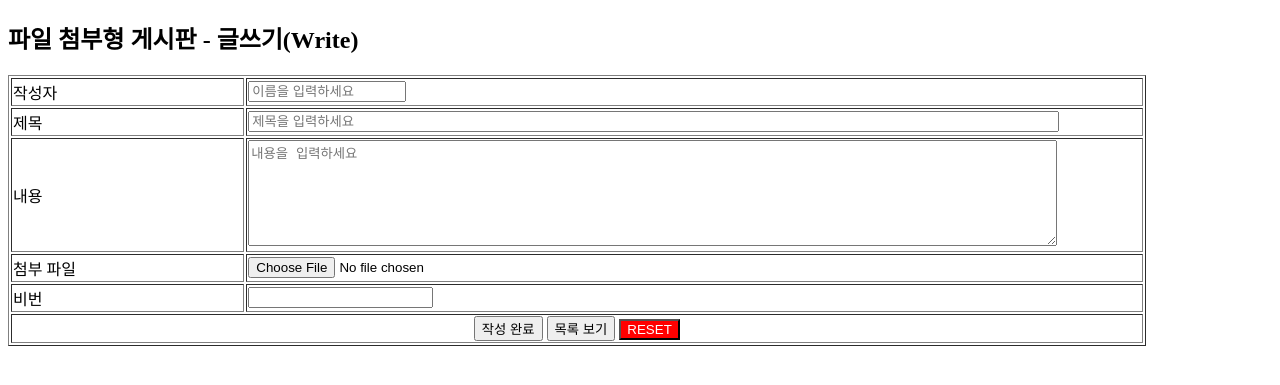
Repository: Jadedvst/Java_JSP-Servlet
Page: http://localhost/MustHaveJSP/mvcboard/edit.do
An editor plug-in stored every save of this project. The page is shown before and after the next save, followed by the edit.
The browser window is 1280 px wide. The pictures show the whole page.
The page is served by Tomcat 10. Other server files are loaded and not shown. Queries for data that is not in the repository find no rows.

Above is the page before, as saved 2023-12-27 05:42:57.

### MustHaveJSP/src/main/webapp/14MVCBoard/Edit.jsp
<%@ page language="java" contentType="text/html; charset=UTF-8"
    pageEncoding="UTF-8"%>
<%@ taglib prefix="c" uri="jakarta.tags.core"%>
<!DOCTYPE html>
<html>
<head>
<meta charset="UTF-8">

<script type="text/javascript">
	function validateForm(form){
		if(!form.name.value){
			alert("name please");
			form.name.focus();
			return false;
		}
		if(!form.title.value){
			alert("title please");
			form.title.focus();
			return false;
		}
		if(form.content.value==""){
			alert("content please");
			form.content.focus();
			return false;
		}
		if(form.pass.value==""){
			alert("password please");
			form.pass.focus();
			return false;
		}
	}
</script>

<title>파일 첨부형 게시판</title>
</head>
<body>
<h2>파일 첨부형 게시판 - 글쓰기(Write)</h2>
<form action="./mvcboard/write.do" method="post" name="writeFrm" enctype="multipart/form-data"
			onsubmit="return validateForm(this);"> <!-- false일시 출력 안됨 -->
	<table border="1" width="90%">
		<tr>
			<td>작성자</td>
			<td><input type="text" id="name" name="name" placeholder="이름을 입력하세요" style="width:150px;"/></td>
		</tr>
		<tr>
			<td>제목</td>
			<td><input type="text" id="title" name="title" placeholder="제목을 입력하세요" style="width:90%;"/></td>
		</tr>
		<tr>
			<td>내용</td>
			<td><textarea id="content" name="content" placeholder="내용을 입력하세요" style="width:90%;height:100px;"></textarea></td>
		</tr>
		<tr>
			<td>첨부 파일</td>
			<td><input type="file" id="ofile" name="ofile"/></td>
		</tr>
		<tr>
			<td>비번</td>
			<td><input type="password" id="pass" name="pass"/></td>
		</tr>
		<tr>
			<td colspan="2" align="center">
				<button type="submit">작성 완료</button>
				<button type="submit" onclick="location.href='../mvcboard/list.do';">목록 보기</button>
				<button type="reset" style="background-color:red;color:white;">RESET</button>
			</td>
		</tr>
	</table>
</form>
</body>
</html>

### MustHaveJSP/src/main/java/model2/mvcboard/EditController.java
package model2.mvcboard;

import java.io.IOException;

import fileupload.FileUtil;
import jakarta.servlet.ServletException;
import jakarta.servlet.annotation.MultipartConfig;
import jakarta.servlet.annotation.WebServlet;
import jakarta.servlet.http.HttpServlet;
import jakarta.servlet.http.HttpServletRequest;
import jakarta.servlet.http.HttpServletResponse;
import jakarta.servlet.http.HttpSession;
import utils.JSFunction;

@WebServlet("/mvcboard/edit.do")
@MultipartConfig(
		maxFileSize = 1024 * 1024 * 1,
		maxRequestSize = 1024 * 1024 * 10
)
public class EditController extends HttpServlet {
	private static final long serialVersionUID = 1L;

	@Override
	protected void doGet(HttpServletRequest req, HttpServletResponse resp) throws ServletException, IOException {
		int idx = 0;
		String sidx = req.getParameter("idx");
		if(sidx!=null) idx = Integer.parseInt(sidx);
		MVCBoardDAO dao = new MVCBoardDAO();
		MVCBoardDTO dto = dao.selectView(idx);
		req.setAttribute("dto", dto);
		req.getRequestDispatcher("/14MVCBoard/Edit.jsp").forward(req, resp);
	}

	@Override
	protected void doPost(HttpServletRequest req, HttpServletResponse resp) throws ServletException, IOException {
		//1. File Upload ============
		// Check physical Upload Directory
		String saveDirectory = req.getServletContext().getRealPath("/Uploads");

		//File Upload
		String originalFileName = "";
		try {
			originalFileName = FileUtil.uploadFile(req, saveDirectory);
		}catch(Exception e) {
			JSFunction.alertBack(resp,"File Upload Error");
		}

		//2. Other  =================
		// Get Edited from Parameter
		int idx = 0;
		String sidx = req.getParameter("idx");
		if(sidx!=null) idx = Integer.parseInt(sidx);
		String prevOfile = req.getParameter("prevOfile");
		String prevSfile = req.getParameter("prevSfile");

//		String name = req.getParameter("name");
//		String title = req.getParameter("title");
//		String content = req.getParameter("content");
//
		// Get pwd from Session
		HttpSession session = req.getSession();
		String pass = (String)session.getAttribute("pass");

		// Save to DTO
		MVCBoardDTO dto = new MVCBoardDTO();
		dto.setIdx(idx);
		dto.setName(req.getParameter("name"));
		dto.setTitle(req.getParameter("title"));
		dto.setContent(req.getParameter("content"));
		dto.setPass(pass);

		// Set OriginalFileName and SavedFileName
		if(originalFileName!="") {
			//change if attached file exists
			String savedFileName = FileUtil.renameFile(saveDirectory, originalFileName);
			dto.setOfile(originalFileName);
			dto.setSfile(savedFileName);

			//Delete Original
			FileUtil.deleteFile(req, "/Uploads", prevSfile);
		}
		else {
			//Remain if no attached file
			dto.setOfile(prevOfile);
			dto.setSfile(prevSfile);
		}

		//Update edited content on DB by DAO
		MVCBoardDAO dao = new MVCBoardDAO();
		int result = dao.updatePost(dto);
		dao.close();

		if(result==1) {
			session.removeAttribute("pass");
			resp.sendRedirect("../mvcboard/view.do?idx="+sidx);
		}else {
			JSFunction.alertLocation(resp, "Wrong Password", "../mvcboard/view.do?idx="+sidx);
		}
	}
}

### MustHaveJSP/src/main/java/model2/mvcboard/MVCBoardDAO.java
package model2.mvcboard;
import java.sql.PreparedStatement;
import java.sql.ResultSet;
import java.sql.Statement;
import java.util.List;
import java.util.Map;
import java.util.Vector;

import common.JDBConnect;
import jakarta.servlet.ServletContext;




public class MVCBoardDAO extends JDBConnect {

	public MVCBoardDAO(String drv,String url, String id,String pw) {
		super(drv,url,id,pw);
	}

	public MVCBoardDAO(ServletContext application) {
		super(application);
	}

	public MVCBoardDAO() {
		super();
	}

	//검색 조건에 맞는 게시물의 갯수 반환
	public int selectCount(Map<String,Object> map) {
		int totalCnt =0; //게시물 수

		Statement st = null;
		ResultSet rs = null;

		String query = "SELECT COUNT(*) FROM mvcboard ";
		if(map.get("searchWord")!=null) {
			query+=" WHERE "  +map.get("searchField") + " "
				  +" LIKE '%" +map.get("searchWord")  + "%'";
		}

		try {
			st = getCon().createStatement();
			rs = st.executeQuery(query);
			rs.next();
			totalCnt = rs.getInt(1);
		}catch(Exception e) {
			System.out.println("게시물 수 구하는 중 예외 발생");
			e.printStackTrace();
		}
		return totalCnt;
	}

	public List<MVCBoardDTO> selectListPage(Map<String,Object> map) {
		//게시물 목록을 담을 변수
		List<MVCBoardDTO> bbs = new Vector<>();
		MVCBoardDTO dto =null;
		PreparedStatement ps = null;
		ResultSet rs = null;

		String query = " SELECT * FROM mvcboard ";

			if(map.get("searchWord")!=null) {
				query+=" WHERE "	+map.get("searchField")
					  +" LIKE '%"   +map.get("searchWord") + "%' ";
			}

				query += " ORDER BY idx DESC "
					  + " LIMIT ? , ?";//btw inparameter

		try {
			ps = getCon().prepareStatement(query);
			//Limit 는 위에 한계선 밑 한계선 이기에 -1,+1을 해줘야함
			int start = (int) map.get("start")-1;
			int end = ((int) map.get("end"))+1;
			ps.setInt(1,start);//start of inparameter
			ps.setInt(2,end);	//end of inparameter
			rs = ps.executeQuery();

			while(rs.next()) {
				dto = new MVCBoardDTO();
				dto.setIdx(rs.getInt(1));
				dto.setName(rs.getString(2));
				dto.setTitle(rs.getString(3));
				dto.setContent(rs.getString(4));
				dto.setPostdate(rs.getDate(5));
				dto.setOfile(rs.getString(6));
				dto.setSfile(rs.getString(7));
				dto.setDowncount(rs.getInt(8));
				dto.setPass(rs.getString(9));
				dto.setVisitcount(rs.getInt(10));

				bbs.add(dto);
			}

		}catch(Exception e) {
			System.out.println("게시물 조회 중 예외 발생");
			e.printStackTrace();
		}
		return bbs;
	}

	public int insertWrite(MVCBoardDTO dto) {
		int result = 0;

		String query = "INSERT INTO mvcboard(name,title,content,ofile,sfile,pass,downcount,visitcount) "
								 + " Values (?,?,?,?,?,?,0,0)";
		PreparedStatement ps = null;

		try {
			ps = getCon().prepareStatement(query);
			ps.setString(1, dto.getName());
			ps.setString(2, dto.getTitle());
			ps.setString(3, dto.getContent());
			ps.setString(4, dto.getOfile());
			ps.setString(5, dto.getSfile());
			ps.setString(6, dto.getPass());

			result = ps.executeUpdate();

		}catch(Exception e) {
			System.out.println("게시물 입력 중 예외 발생 ("+e.getMessage()+")");
			e.printStackTrace();
			return 0;
		}finally {
			try {
				if(ps!=null) ps.close();
			}catch(Exception e) {
				e.printStackTrace();
			}
		}
		return result;
	}

	public MVCBoardDTO selectView(int idx) {
		MVCBoardDTO dto = null;
		PreparedStatement ps = null;
		ResultSet rs = null;

		String query = "SELECT * "
				+ " FROM mvcboard"
				+ " WHERE idx=?";
		try {
			ps = getCon().prepareStatement(query);
			ps.setInt(1, idx);
			rs = ps.executeQuery();
			while(rs.next()) {
				dto = new MVCBoardDTO();
				dto.setIdx(rs.getInt(1));
				dto.setName(rs.getString(2));
				dto.setTitle(rs.getString(3));
				dto.setContent(rs.getString(4));
				dto.setPostdate(rs.getDate(5));
				dto.setOfile(rs.getString(6));
				dto.setSfile(rs.getString(7));
				dto.setDowncount(rs.getInt(8));
				dto.setPass(rs.getString(9));
				dto.setVisitcount(rs.getInt(10));
			}

		}catch(Exception e) {
			System.out.println("게시물 조회 중 예외 발생");
			e.printStackTrace();
		}
		return dto;
	}

	//======게시물 조회수 증가=======//
	public void updateVisitCount(int idx) {
		String query = "UPDATE mvcboard "
				+ " SET visitcount = visitcount+1 "
				+ " WHERE idx=?";
		PreparedStatement ps = null;
		try {
			ps = getCon().prepareStatement(query);
			ps.setInt(1, idx);
			ps.executeUpdate();

		}catch(Exception e) {
			System.out.println("조회수 증가 적용 중 에러 발생 ("+e.getMessage()+")");
			e.printStackTrace();
		}finally {
			try {
				if(ps!=null) ps.close();
			}catch(Exception e) {
				e.printStackTrace();
			}
		}
	}

	public void updateDownCount(int idx) {
		String query = "UPDATE mvcboard "
				+ " SET downcount = downcount+1 "
				+ " WHERE idx=?";
		PreparedStatement ps = null;
		try {
			ps = getCon().prepareStatement(query);
			ps.setInt(1, idx);
			ps.executeUpdate();

		}catch(Exception e) {
			System.out.println("다운로드수 증가 적용 중 에러 발생 ("+e.getMessage()+")");
			e.printStackTrace();
		}finally {
			try {
				if(ps!=null) ps.close();
			}catch(Exception e) {
				e.printStackTrace();
			}
		}
	}

	// Check if input password and the post's password match
	public boolean confirmPassword(String pass, int idx) {
		boolean isCorr = true;
		String query = "SELECT COUNT(*) "
				   + " FROM mvcboard "
				   + " WHERE pass=? AND idx=? ";
		PreparedStatement ps = null;
		ResultSet rs = null;
		try {
			ps = getCon().prepareStatement(query);
			ps.setString(1, pass);
			ps.setInt(2, idx);
			rs = ps.executeQuery();
			rs.next();
			if(rs.getInt(1)==0) {
				isCorr = false;
			}

		}catch(Exception e) {
			isCorr = false;
			e.printStackTrace();
		}
		return isCorr;
	}

	//Delete Post
	public int deletePost(int idx) {
		int result = 0;
		String query = "DELETE FROM mvcboard "
					 + " WHERE idx=?";
		PreparedStatement ps = null;
		try {
			ps = getCon().prepareStatement(query);
			ps.setInt(1, idx);
			result = ps.executeUpdate();

		}catch(Exception e) {
			System.out.println("삭제 중 에러 발생 ("+e.getMessage()+")");
			e.printStackTrace();
		}finally {
			try {
				if(ps!=null) ps.close();
			}catch(Exception e) {
				e.printStackTrace();
			}
		}
		return result;
	}

	public void updatePost(MVCBoardDTO dto) {
		int result = 0;
		String query = "UPDATE mvcboard "
				 	 + " SET title=?,name=?,content=?,ofile=?,sfile=? "
					 + " WHERE idx=? and pass=?";
		PreparedStatement ps = null;
		try {
			ps = getCon().prepareStatement(query);
			ps.setString(1, dto.getTitle());
			ps.setString(2, dto.getName());
			ps.setString(3, dto.getContent());
			ps.setString(4, dto.getOfile());
			ps.setString(5, dto.getSfile());
			ps.setInt(6, dto.getIdx());
			ps.setString(7, dto.getPass());
			result = ps.executeUpdate();

		}catch(Exception e) {
			System.out.println("게시물 수정 중 에러 발생 ("+e.getMessage()+")");
			e.printStackTrace();
		}finally {
			try {
				if(ps!=null) ps.close();
			}catch(Exception e) {
				e.printStackTrace();
			}
		}
	}
}

After the next save:
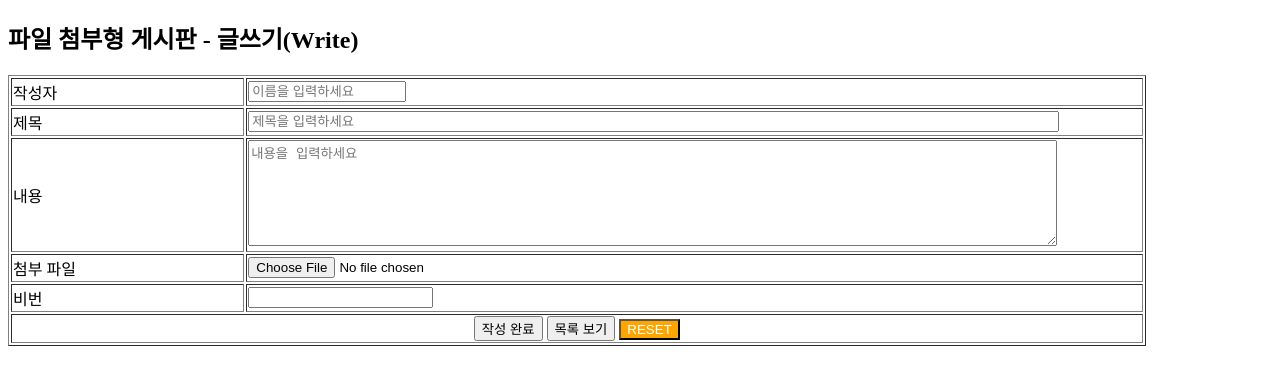
Saved 14 s later.
--- a/MustHaveJSP/src/main/webapp/14MVCBoard/Edit.jsp
+++ b/MustHaveJSP/src/main/webapp/14MVCBoard/Edit.jsp
@@ -62,7 +62,7 @@
 			<td colspan="2" align="center">
 				<button type="submit">작성 완료</button>
 				<button type="submit" onclick="location.href='../mvcboard/list.do';">목록 보기</button>
-				<button type="reset" style="background-color:red;color:white;">RESET</button>
+				<button type="reset" style="background-color:orange;color:white;">RESET</button>
 			</td>
 		</tr>
 	</table>
